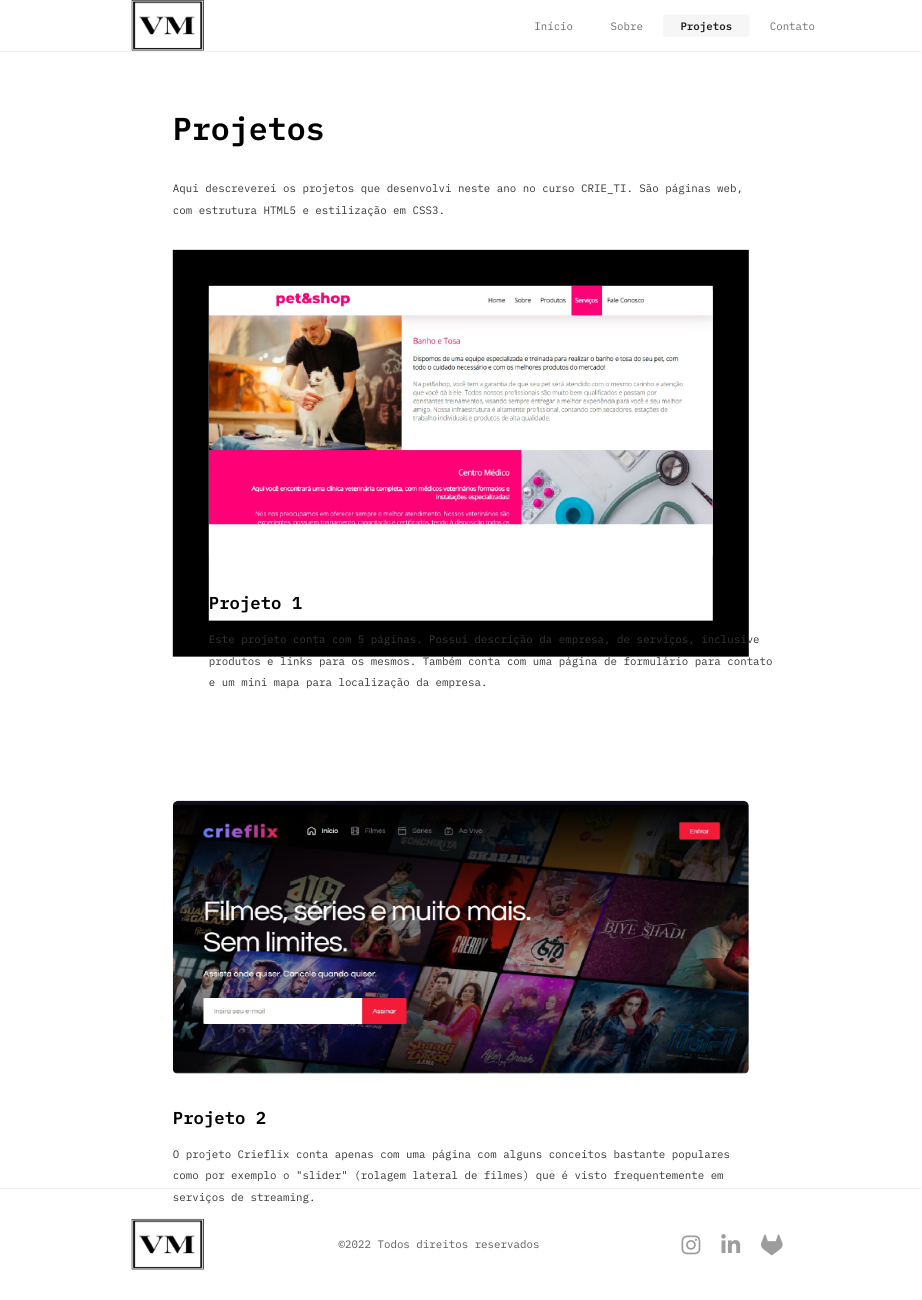
Repository: viictormatias/viictormatias.github.io
Page: projects.html
An editor plug-in stored every save of this project. The page is shown before and after the next save, followed by the edit.
The browser window is 1280 px wide. The pictures show the whole page, at 72% of full size.
Some web libraries are served in a nearby version.

Above is the page before, as saved 2023-01-23 10:47:56.

After the next save:
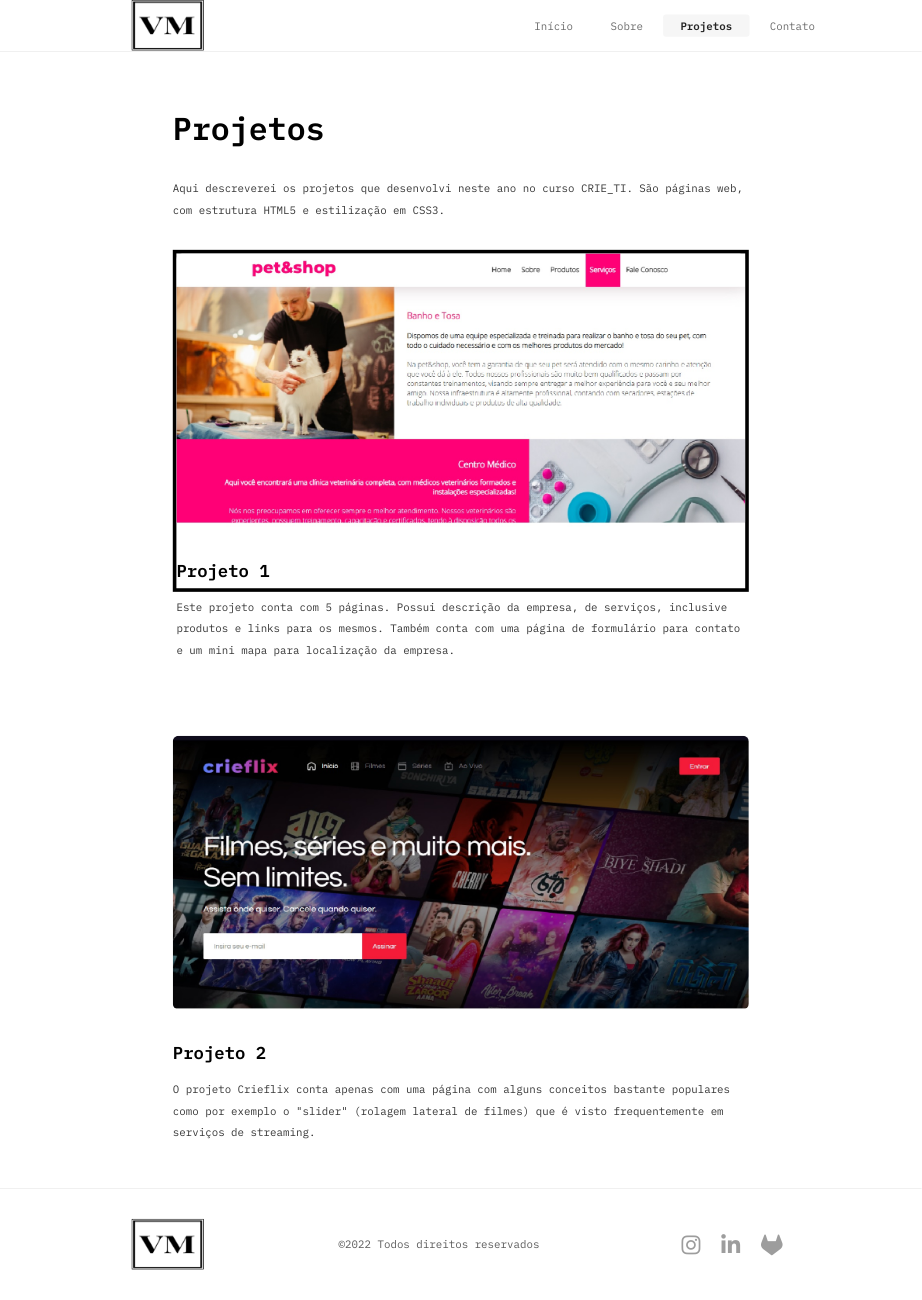
Saved 25 s later.
--- a/styles/components/projects.css
+++ b/styles/components/projects.css
@@ -119,7 +119,7 @@
     color: var(--color-black);
 }
 .project_border {
-    border: 50px solid;
+    border: 5px solid;
     border-color: black;
 }
 
